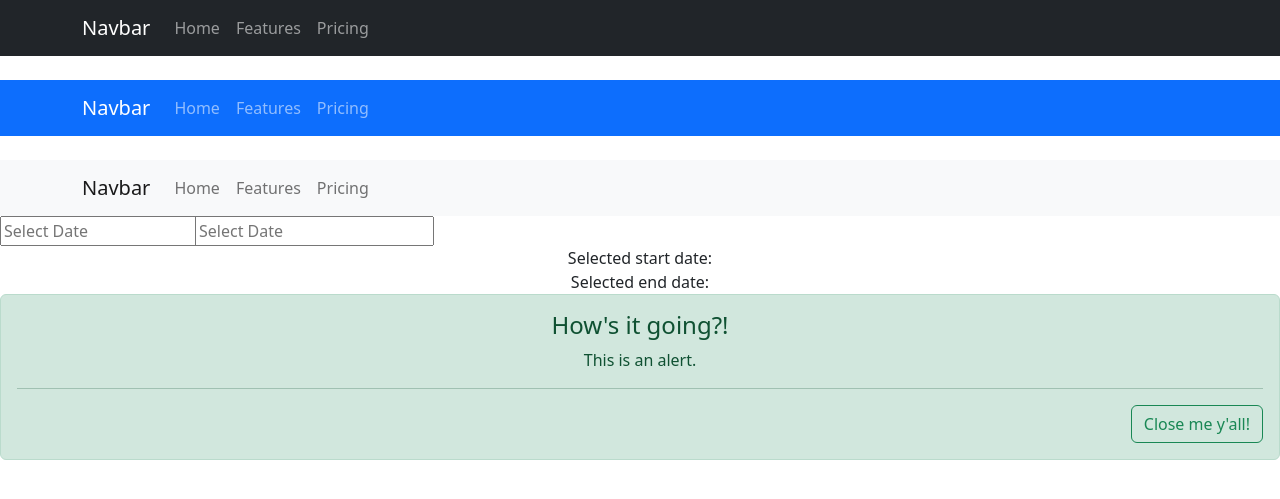
Repository: LizAcu/RugTest
Page: /
An editor plug-in stored every save of this project. The page is shown before and after the next save, followed by the edit.
The browser window is 1280 px wide. The pictures show the whole page.
The project was rebuilt for these pictures with package versions that can differ from the ones it lists, and the page was loaded fresh each time.

Above is the page before, as saved 2022-08-25 13:22:59.

After the next save:
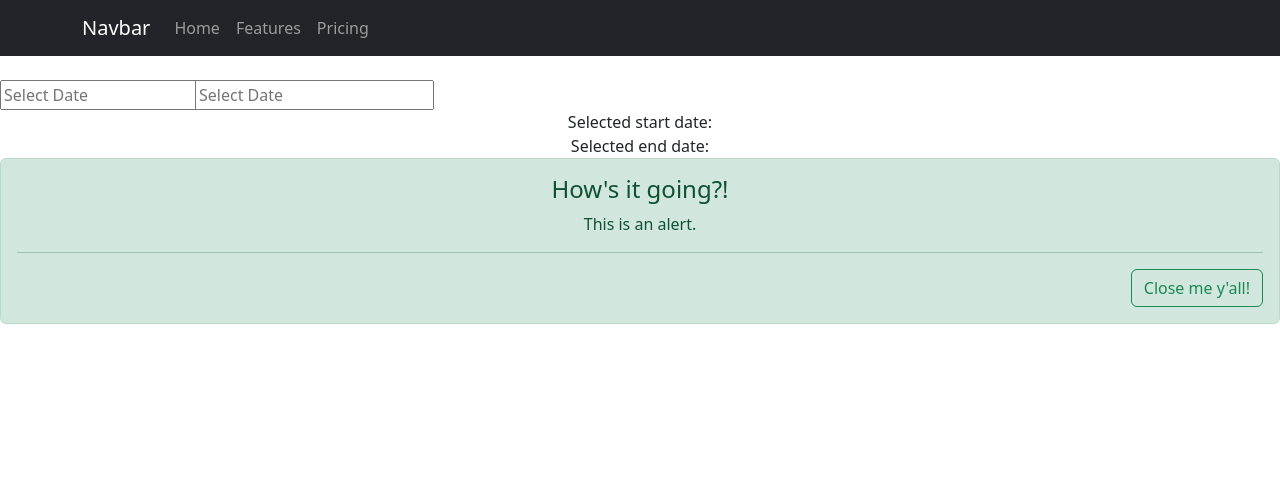
Saved 2 min 13 s later.
--- a/src/NavBar/NavBar.js
+++ b/src/NavBar/NavBar.js
@@ -19,28 +19,14 @@ const NavBar = () => {
             </Container>
           </Navbar>
           <br />
-          <Navbar bg="primary" variant="dark">
-            <Container>
-              <Navbar.Brand href="#home">Navbar</Navbar.Brand>
-              <Nav className="me-auto">
-                <Nav.Link href="#home">Home</Nav.Link>
-                <Nav.Link href="#features">Features</Nav.Link>
-                <Nav.Link href="#pricing">Pricing</Nav.Link>
-              </Nav>
-            </Container>
-          </Navbar>
 
-          <br />
-          <Navbar bg="light" variant="light">
-            <Container>
-              <Navbar.Brand href="#home">Navbar</Navbar.Brand>
-              <Nav className="me-auto">
-                <Nav.Link href="#home">Home</Nav.Link>
-                <Nav.Link href="#features">Features</Nav.Link>
-                <Nav.Link href="#pricing">Pricing</Nav.Link>
-              </Nav>
-            </Container>
-          </Navbar>
+
+
+
+
+
+
+
         </>
       );
 
